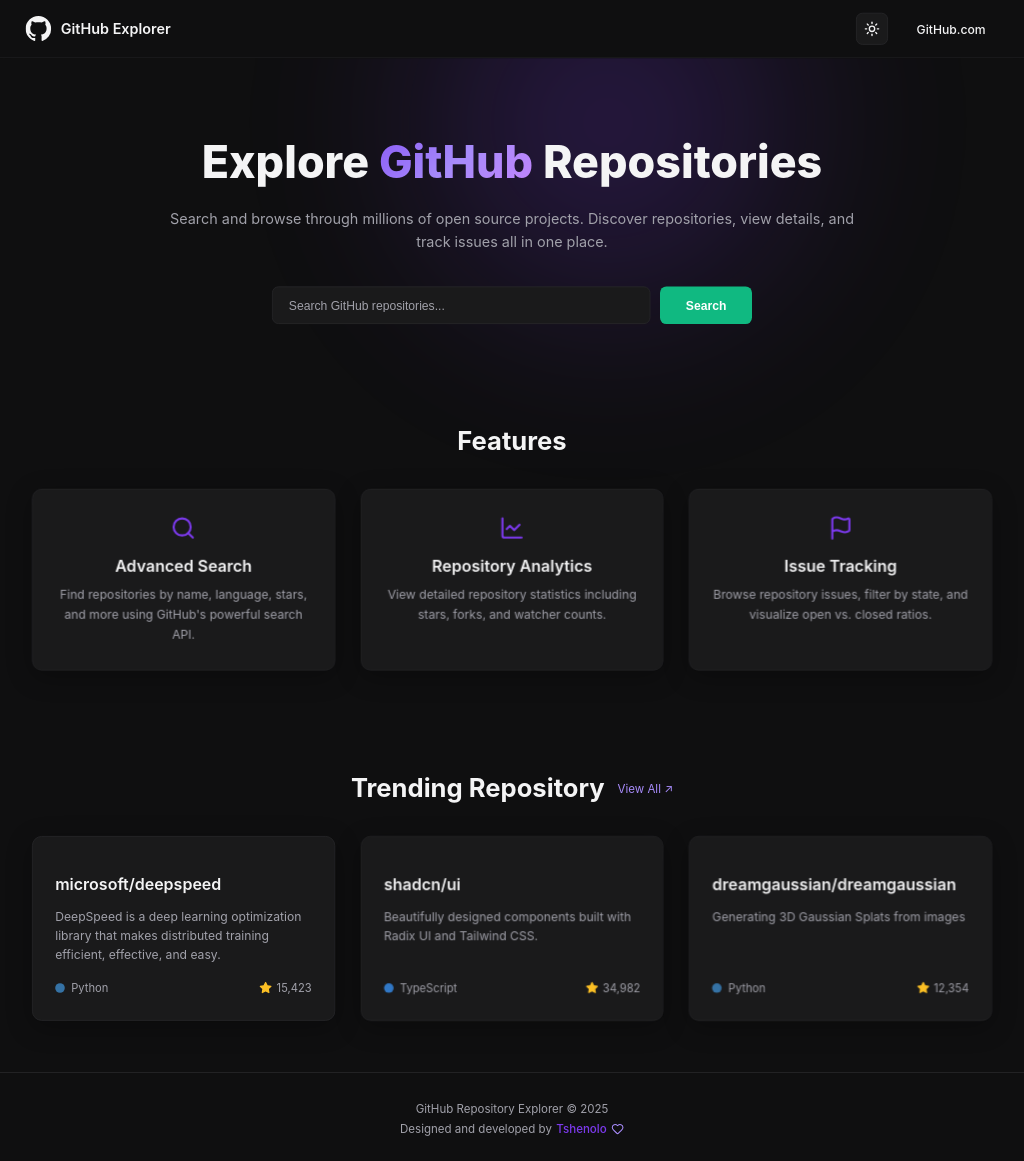
Repository: Tshenolo1994/username-repo
Page: /
The author's editor kept a copy of each file at every save. The page is drawn from the files as they stood at one save, then again after the next save.
The browser window is 1280 px wide. The pictures show the whole page, at 80% of full size.
The project was rebuilt for these pictures with package versions that can differ from the ones it lists, and the page was loaded fresh each time. Also part of the build but not shown: vite.config.ts, src/views/RepoView.vue.

Above is the page before, as saved 2025-10-27 01:17:26.

### index.html
<!doctype html>
<html lang="en">
  <head>
    <meta charset="UTF-8" />
    <link rel="icon" type="image/svg+xml" href="/vite.svg" />
    <meta name="viewport" content="width=device-width, initial-scale=1.0" />
    <title>commit-explorer</title>
  </head>
  <body>
    <div id="app"></div>
    <script type="module" src="/src/main.ts"></script>
  </body>
</html>

### src/main.ts
import { createApp } from 'vue'
import { createPinia } from 'pinia'
import App from './App.vue'
import router from './router'
import './styles/theme.css'

createApp(App)
  .use(createPinia())
  .use(router)
  .mount('#app')

### src/App.vue
<!-- App.vue or Layout.vue -->
<script setup>
import Header from '@/components/Header.vue';
import Footer from '@/components/Footer.vue';
</script>

<template>
  <div id="app">
    <Header />
    <main>
      <router-view />
    </main>
    <Footer />
  </div>
</template>

### src/router/index.ts
import { createRouter, createWebHistory } from 'vue-router'
import HomeView from '@/views/HomeView.vue'
import RepoView from '@/views/RepoView.vue'

const router = createRouter({
  history: createWebHistory(),
  routes: [
    { path: '/', name: 'home', component: HomeView },
    { path: '/repos/:username', name: 'repos', component: RepoView, props: true },
  ],
  scrollBehavior: () => ({ top: 0 }),
})

export default router

### src/styles/theme.css
:root {

    --bg: #0f0f10;
    --bg-elev: #1a1a1b;
    --text: #f4f4f5;
    --muted: #a1a1aa;
    --border: #27272a;
    --link: #7c3aed;
  }


  [data-theme="light"] {
    --bg: #f9fafb;
    --bg-elev: #ffffff;
    --text: #18181b;
    --muted: #52525b;
    --border: #e4e4e7;
    --link: #2563eb;
  }


  html, body, #app {
    margin: 0;
    padding: 0;
    background: var(--bg);
    color: var(--text);
    font-family: 'Inter', system-ui, sans-serif;
    transition: background 0.3s, color 0.3s;
  }


  h1, h2, h3 {
    line-height: 1.2;
    margin: 0;
  }
  p {
    margin: 0.25rem 0 0;
  }


  .card {
    background: var(--bg-elev);
    border: 1px solid var(--border);
    border-radius: 0.75rem;
    padding: 1rem;
    box-shadow: 0 1px 2px rgba(0,0,0,0.15);
  }

### src/components/Header.vue
<script setup lang="ts">
import { Sun, Moon } from 'lucide-vue-next';
import { useTheme } from '@/composables/useTheme';

const { isDark, toggleTheme } = useTheme();
</script>

<template>
  <header class="header">
    <div class="header-content">
      <div class="logo">
        <svg width="32" height="32" viewBox="0 0 16 16" fill="currentColor">
          <path d="M8 0C3.58 0 0 3.58 0 8c0 3.54 2.29 6.53 5.47 7.59.4.07.55-.17.55-.38 0-.19-.01-.82-.01-1.49-2.01.37-2.53-.49-2.69-.94-.09-.23-.48-.94-.82-1.13-.28-.15-.68-.52-.01-.53.63-.01 1.08.58 1.23.82.72 1.21 1.87.87 2.33.66.07-.52.28-.87.51-1.07-1.78-.2-3.64-.89-3.64-3.95 0-.87.31-1.59.82-2.15-.08-.2-.36-1.02.08-2.12 0 0 .67-.21 2.2.82.64-.18 1.32-.27 2-.27.68 0 1.36.09 2 .27 1.53-1.04 2.2-.82 2.2-.82.44 1.1.16 1.92.08 2.12.51.56.82 1.27.82 2.15 0 3.07-1.87 3.75-3.65 3.95.29.25.54.73.54 1.48 0 1.07-.01 1.93-.01 2.2 0 .21.15.46.55.38A8.013 8.013 0 0016 8c0-4.42-3.58-8-8-8z"/>
        </svg>
        <span class="logo-text">GitHub Explorer</span>
      </div>

      <nav class="nav">
        <button @click="toggleTheme" class="theme-toggle" :aria-label="isDark ? 'Switch to light mode' : 'Switch to dark mode'">
          <Sun v-if="isDark" :size="20" />
          <Moon v-else :size="20" />
        </button>
        <a href="https://github.com" target="_blank" rel="noreferrer" class="github-link">
          GitHub.com
        </a>
      </nav>
    </div>
  </header>
</template>

<style scoped>
.header {
  background: var(--bg);
  border-bottom: 1px solid var(--border);
  padding: 1rem 2rem;
  position: sticky;
  top: 0;
  z-index: 100;
  backdrop-filter: blur(8px);
  transition: background 0.3s, border-color 0.3s;
}

.header-content {
  max-width: 1400px;
  margin: 0 auto;
  display: flex;
  justify-content: space-between;
  align-items: center;
}

.logo {
  display: flex;
  align-items: center;
  gap: 0.75rem;
  color: var(--text);
  font-weight: 600;
  font-size: 1.125rem;
  cursor: pointer;
  transition: color 0.2s;
}

.logo:hover {
  color: var(--link);
}

.logo svg {
  flex-shrink: 0;
}

.logo-text {
  font-weight: 600;
}

.nav {
  display: flex;
  align-items: center;
  gap: 1.25rem;
}

.theme-toggle {
  background: var(--bg-elev);
  border: 1px solid var(--border);
  border-radius: 8px;
  width: 40px;
  height: 40px;
  display: flex;
  align-items: center;
  justify-content: center;
  cursor: pointer;
  color: var(--text);
  transition: all 0.2s;
}

.theme-toggle:hover {
  background: var(--border);
  transform: rotate(15deg);
}

.github-link {
  color: var(--text);
  text-decoration: none;
  font-size: 0.95rem;
  font-weight: 500;
  padding: 0.5rem 1rem;
  border-radius: 6px;
  transition: all 0.2s;
}

.github-link:hover {
  color: var(--link);
  background: var(--bg-elev);
}

@media (max-width: 640px) {
  .header {
    padding: 1rem;
  }

  .logo-text {
    display: none;
  }
}
</style>

### src/components/Footer.vue
<script setup lang="ts">
import { Heart } from 'lucide-vue-next';

const currentYear = new Date().getFullYear();
</script>

<template>
  <footer class="footer">
    <div class="footer-content">
      <p class="footer-text">
        GitHub Repository Explorer © {{ currentYear }}
      </p>
      <p class="footer-credits">
        Designed and developed by <a href="#" class="footer-link">Tshenolo</a>
        <Heart :size="16" class="heart-icon" />
      </p>
    </div>
  </footer>
</template>

<style scoped>
.footer {
  background: var(--bg);
  border-top: 1px solid var(--border);
  padding: 2rem;
  margin-top: auto;
  transition: background 0.3s, border-color 0.3s;
}

.footer-content {
  max-width: 1400px;
  margin: 0 auto;
  text-align: center;
}

.footer-text {
  color: var(--muted);
  font-size: 0.9rem;
  margin-bottom: 0.5rem;
}

.footer-credits {
  color: var(--muted);
  font-size: 0.9rem;
  margin: 0;
  display: flex;
  align-items: center;
  justify-content: center;
  gap: 0.35rem;
}

.heart-icon {
  color: #a78bfa;
  fill: none;
}

.footer-link {
  color: var(--link);
  text-decoration: none;
  font-weight: 500;
  transition: opacity 0.2s;
}

.footer-link:hover {
  opacity: 0.8;
}

@media (max-width: 640px) {
  .footer {
    padding: 1.5rem 1rem;
  }

  .footer-text,
  .footer-credits {
    font-size: 0.85rem;
  }
}
</style>

### src/views/HomeView.vue
<script setup lang="ts">
import { ref } from "vue";
import { useRouter } from "vue-router";
import { Search, LineChart, Flag } from "lucide-vue-next";

// features data
const features = ref([
  {
    id: 1,
    icon: Search,
    title: "Advanced Search",
    description: "Find repositories by name, language, stars, and more using GitHub's powerful search API.",
  },
  {
    id: 2,
    icon: LineChart,
    title: "Repository Analytics",
    description: "View detailed repository statistics including stars, forks, and watcher counts.",
  },
  {
    id: 3,
    icon: Flag,
    title: "Issue Tracking",
    description: "Browse repository issues, filter by state, and visualize open vs. closed ratios.",
  },
]);

// sample trending repos
const trendingRepos = ref([
  {
    id: 1,
    name: "microsoft/deepspeed",
    stars: 15423,
    description:
      "DeepSpeed is a deep learning optimization library that makes distributed training efficient, effective, and easy.",
    language: "Python",
  },
  {
    id: 2,
    name: "shadcn/ui",
    stars: 34982,
    description:
      "Beautifully designed components built with Radix UI and Tailwind CSS.",
    language: "TypeScript",
  },
  {
    id: 3,
    name: "dreamgaussian/dreamgaussian",
    stars: 12354,
    description: "Generating 3D Gaussian Splats from images",
    language: "Python",
  },
]);

const router = useRouter();
const username = ref("");

function search() {
  if (username.value.trim()) {
    router.push(`/repos/${username.value.trim()}`);
  }
}

function getLangColor(lang: string): string {
  const colors: Record<string, string> = {
    JavaScript: "#f1e05a",
    TypeScript: "#3178c6",
    Python: "#3572A5",
    Java: "#b07219",
    Go: "#00ADD8",
    Ruby: "#701516",
  };
  return colors[lang] || "#6e7681";
}
</script>

<template>
  <div class="home-page">
    <div class="gradient-ball"></div>

    <!-- Hero Section -->
    <section class="hero">
      <div class="hero-content">
        <h1 class="hero-title">
          Explore <span class="gradient-text">GitHub</span> Repositories
        </h1>
        <p class="hero-sub">
          Search and browse through millions of open source projects. Discover
          repositories, view details, and track issues all in one place.
        </p>

        <div class="search-box">
          <input
            v-model="username"
            placeholder="Search GitHub repositories..."
            class="search-input"
          />
          <button @click="search" class="search-btn">Search</button>
        </div>
      </div>
    </section>

    <!-- Features -->
    <section class="section">
      <div class="section-header">
        <h2>Features</h2>
      </div>

      <div class="grid">
        <div class="card glass">
          <Search class="icon" :size="32" />
          <h3>Advanced Search</h3>
          <p>
            Find repositories by name, language, stars, and more using GitHub's powerful search API.
          </p>
        </div>

        <div class="card glass">
          <LineChart class="icon" :size="32" />
          <h3>Repository Analytics</h3>
          <p>
            View detailed repository statistics including stars, forks, and watcher counts.
          </p>
        </div>

        <div class="card glass">
          <Flag class="icon" :size="32" />
          <h3>Issue Tracking</h3>
          <p>
            Browse repository issues, filter by state, and visualize open vs. closed ratios.
          </p>
        </div>
      </div>
    </section>

    <!-- Trending -->
    <section class="section">
      <div class="section-header">
        <h2>Trending Repository</h2>
        <a
          href="https://github.com/trending"
          target="_blank"
          rel="noreferrer"
          class="view-all"
        >
          View All ↗
        </a>
      </div>

      <div class="grid">
        <div
          v-for="repo in trendingRepos"
          :key="repo.id"
          class="card glass repo-card"
        >
          <h3 class="repo-name">{{ repo.name }}</h3>
          <p class="repo-desc">{{ repo.description }}</p>
          <div class="repo-meta">
            <div class="lang">
              <span
                class="dot"
                :style="{ backgroundColor: getLangColor(repo.language) }"
              ></span>
              <span>{{ repo.language }}</span>
            </div>
            <div class="stars">
              <svg
                class="star"
                fill="currentColor"
                viewBox="0 0 16 16"
              >
                <path
                  d="M8 .25a.75.75 0 01.673.418l1.882 3.815 4.21.612a.75.75 0 01.416 1.279l-3.046 2.97.719 4.192a.75.75 0 01-1.088.791L8 12.347l-3.766 1.98a.75.75 0 01-1.088-.79l.72-4.194L.818 6.374a.75.75 0 01.416-1.28l4.21-.611L7.327.668A.75.75 0 018 .25z"
                />
              </svg>
              {{ repo.stars.toLocaleString() }}
            </div>
          </div>
        </div>
      </div>
    </section>
  </div>
</template>

<style scoped>
.home-page {
  background: var(--bg);
  color: var(--text);
  min-height: 100vh;
  width: 100%;
  overflow-x: hidden;
  position: relative;
  transition: background 0.3s, color 0.3s;
}

.gradient-ball {
  position: absolute;
  top: -200px;
  left: 50%;
  transform: translateX(-50%);
  width: 600px;
  height: 600px;
  border-radius: 50%;
  background: radial-gradient(circle at center, var(--link) 0%, rgba(124, 58, 237, 0.6) 30%, transparent 70%);
  opacity: 0.3;
  filter: blur(100px);
  z-index: 0;
  animation: float 20s ease-in-out infinite;
  transition: background 0.3s;
}

@keyframes float {
  0%, 100% {
    transform: translate(-50%, 0) scale(1);
  }
  25% {
    transform: translate(-30%, -20px) scale(1.1);
  }
  50% {
    transform: translate(-70%, 20px) scale(0.9);
  }
  75% {
    transform: translate(-40%, -10px) scale(1.05);
  }
}

/* Hero Section */
.hero {
  padding: 6rem 2rem 4rem;
  position: relative;
  z-index: 10;
}

.hero-content {
  max-width: 900px;
  margin: 0 auto;
  text-align: center;
}

.hero-title {
  font-size: 3.5rem;
  font-weight: 800;
  margin-bottom: 1.5rem;
  line-height: 1.2;
}

.gradient-text {
  background: linear-gradient(135deg, #8b5cf6 0%, #a78bfa 50%, #c084fc 100%);
  -webkit-background-clip: text;
  -webkit-text-fill-color: transparent;
  background-clip: text;
}

.hero-sub {
  color: var(--muted);
  font-size: 1.125rem;
  margin-bottom: 2.5rem;
  line-height: 1.6;
}

.search-box {
  display: flex;
  justify-content: center;
  gap: 0.75rem;
  max-width: 600px;
  margin: 0 auto;
}

.search-input {
  padding: 0.875rem 1.25rem;
  border-radius: 8px;
  flex: 1;
  background: var(--bg-elev);
  color: var(--text);
  border: 1px solid var(--border);
  font-size: 0.95rem;
  transition: all 0.2s;
}

.search-input:focus {
  outline: none;
  border-color: var(--link);
  background: var(--bg-elev);
}

.search-input::placeholder {
  color: var(--muted);
}

.search-btn {
  background: #10b981;
  color: white;
  padding: 0.875rem 2rem;
  border-radius: 8px;
  font-weight: 600;
  cursor: pointer;
  border: none;
  font-size: 0.95rem;
  transition: all 0.2s;
}

.search-btn:hover {
  background: #059669;
  transform: translateY(-1px);
}

/* Shared Section Styling */
.section {
  padding: 4rem 2rem;
  position: relative;
  z-index: 10;
}

.section-header {
  display: flex;
  align-items: center;
  justify-content: center;
  gap: 1rem;
  margin-bottom: 2.5rem;
}

.section-header h2 {
  font-size: 2rem;
  font-weight: 700;
  color: var(--text);
}

.view-all {
  color: #a78bfa;
  font-size: 0.9rem;
  text-decoration: none;
  display: flex;
  align-items: center;
  gap: 0.25rem;
  transition: all 0.2s;
}

.view-all:hover {
  color: #c084fc;
  transform: translateX(2px);
}

/* Grid + Cards */
.grid {
  display: grid;
  grid-template-columns: repeat(3, 1fr);
  gap: 2rem;
  max-width: 1200px;
  margin: 0 auto;
}

@media (max-width: 980px) {
  .grid {
    grid-template-columns: 1fr;
  }
  .hero-title {
    font-size: 2.5rem;
  }
}

.card {
  padding: 2rem 1.75rem;
  border-radius: 12px;
  text-align: center;
  transition: all 0.3s ease;
}

.card:hover {
  transform: translateY(-6px);
}

/* Glass look */
.glass {
  background: var(--bg-elev);
  border: 1px solid var(--border);
  backdrop-filter: blur(12px);
  box-shadow: 0 8px 32px rgba(0, 0, 0, 0.3);
}

.card h3 {
  font-size: 1.25rem;
  font-weight: 600;
  margin: 1rem 0 0.75rem;
  color: var(--text);
}

.card p {
  color: var(--muted);
  font-size: 0.95rem;
  line-height: 1.6;
}

.icon {
  color: var(--link);
  margin: 0 auto;
}

/* Trending Repo cards */
.repo-card {
  text-align: left;
  display: flex;
  flex-direction: column;
}

.repo-name {
  color: var(--link);
  font-weight: 600;
  font-size: 1.1rem;
  margin: 0 0 0.75rem 0;
  transition: color 0.2s;
  min-height: 1.5rem;
}

.repo-card:hover .repo-name {
  color: var(--link);
  opacity: 0.8;
}

.repo-desc {
  color: var(--muted);
  font-size: 0.9rem;
  margin-bottom: 1.25rem;
  line-height: 1.5;
  flex: 1;
  min-height: 3rem;
}

.repo-meta {
  display: flex;
  justify-content: space-between;
  align-items: center;
  font-size: 0.875rem;
  color: var(--muted);
  margin-top: auto;
}

.lang {
  display: flex;
  align-items: center;
}

.dot {
  display: inline-block;
  width: 12px;
  height: 12px;
  border-radius: 50%;
  margin-right: 0.5rem;
}

.stars {
  display: flex;
  align-items: center;
  gap: 0.35rem;
}

.star {
  width: 16px;
  height: 16px;
  color: #fbbf24;
}
</style>

### src/composables/useTheme.ts

import { ref, onMounted, watch } from 'vue';

const isDark = ref(true);

export function useTheme() {
  const toggleTheme = () => {
    isDark.value = !isDark.value;
    updateTheme();
  };

  const updateTheme = () => {
    if (isDark.value) {
      document.documentElement.removeAttribute('data-theme');
      localStorage.setItem('theme', 'dark');
    } else {
      document.documentElement.setAttribute('data-theme', 'light');
      localStorage.setItem('theme', 'light');
    }
  };

  const initTheme = () => {
    const savedTheme = localStorage.getItem('theme');
    if (savedTheme) {
      isDark.value = savedTheme === 'dark';
    } else {
      isDark.value = true;
    }
    updateTheme();
  };

  onMounted(() => {
    initTheme();
  });

  watch(isDark, updateTheme);

  return {
    isDark,
    toggleTheme,
  };
}
// import { ref, onMounted } from 'vue'

// type Theme = 'light' | 'dark'
// const KEY = 'commit-explorer:theme'
// const theme = ref<Theme>('dark')

// function apply(t: Theme) {
//   document.documentElement.dataset.theme = t
// }

// export function useTheme() {
//   onMounted(() => {
//     const saved = (localStorage.getItem(KEY) as Theme | null)
//     if (saved === 'light' || saved === 'dark') theme.value = saved
//     else if (window.matchMedia('(prefers-color-scheme: light)').matches)
//       theme.value = 'light'
//     apply(theme.value)
//   })
//   function toggleTheme() {
//     theme.value = theme.value === 'dark' ? 'light' : 'dark'
//     localStorage.setItem(KEY, theme.value)
//     apply(theme.value)
//   }
//   return { theme, toggleTheme }
// }

After the next save:
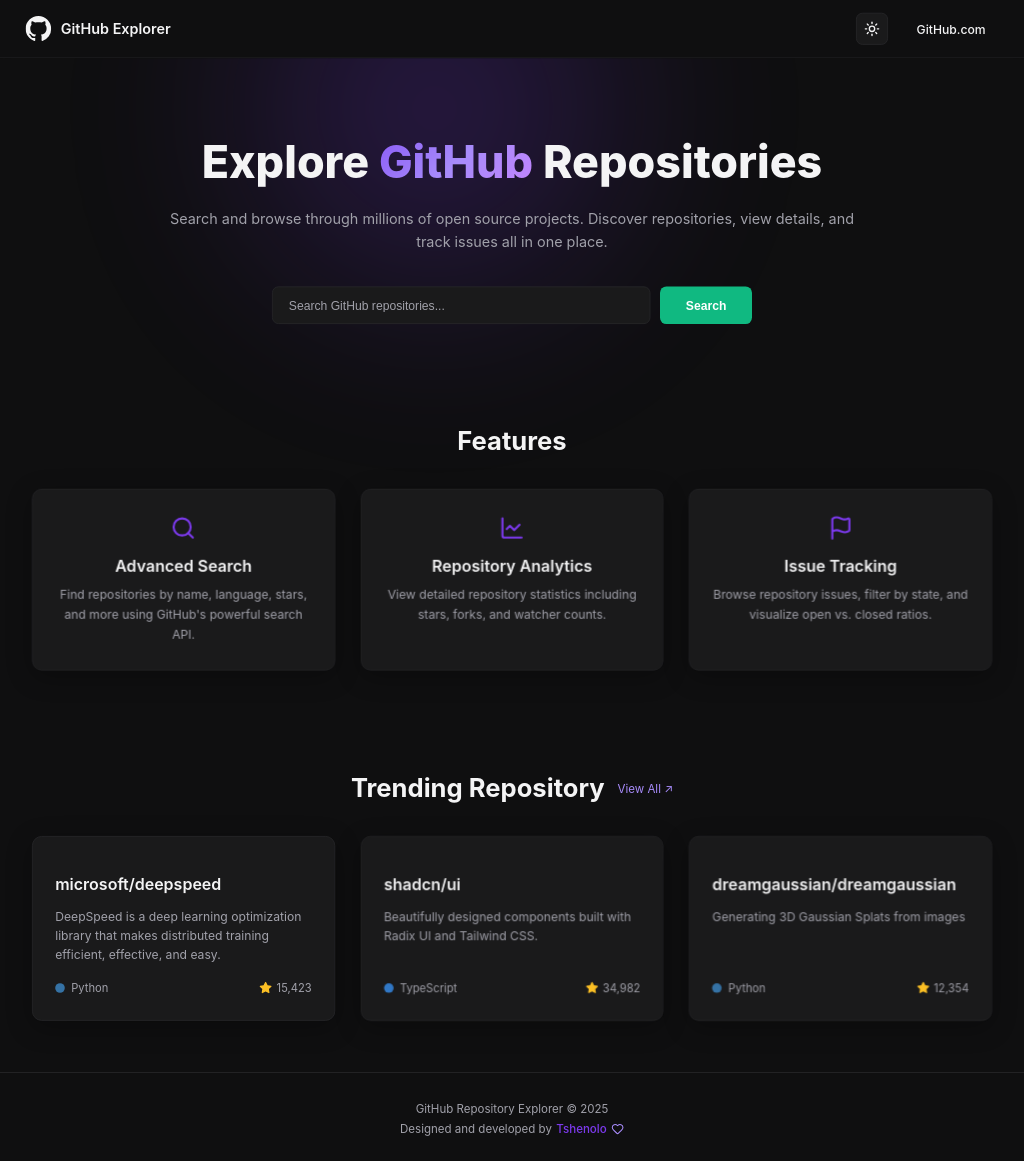
Saved 68 s later.
--- a/src/views/HomeView.vue
+++ b/src/views/HomeView.vue
@@ -107,28 +107,14 @@
       </div>
 
       <div class="grid">
-        <div class="card glass">
-          <Search class="icon" :size="32" />
-          <h3>Advanced Search</h3>
-          <p>
-            Find repositories by name, language, stars, and more using GitHub's powerful search API.
-          </p>
-        </div>
-
-        <div class="card glass">
-          <LineChart class="icon" :size="32" />
-          <h3>Repository Analytics</h3>
-          <p>
-            View detailed repository statistics including stars, forks, and watcher counts.
-          </p>
-        </div>
-
-        <div class="card glass">
-          <Flag class="icon" :size="32" />
-          <h3>Issue Tracking</h3>
-          <p>
-            Browse repository issues, filter by state, and visualize open vs. closed ratios.
-          </p>
+        <div
+          v-for="feature in features"
+          :key="feature.id"
+          class="card glass"
+        >
+          <component :is="feature.icon" class="icon" :size="32" />
+          <h3>{{ feature.title }}</h3>
+          <p>{{ feature.description }}</p>
         </div>
       </div>
     </section>
@@ -205,22 +191,25 @@
   opacity: 0.3;
   filter: blur(100px);
   z-index: 0;
-  animation: float 20s ease-in-out infinite;
+  animation: float 15s ease-in-out infinite;
   transition: background 0.3s;
 }
 
 @keyframes float {
-  0%, 100% {
+  0% {
     transform: translate(-50%, 0) scale(1);
   }
   25% {
-    transform: translate(-30%, -20px) scale(1.1);
+    transform: translate(-80%, -60px) scale(1.2);
   }
   50% {
-    transform: translate(-70%, 20px) scale(0.9);
+    transform: translate(-20%, 40px) scale(0.85);
   }
   75% {
-    transform: translate(-40%, -10px) scale(1.05);
+    transform: translate(-70%, -30px) scale(1.15);
+  }
+  100% {
+    transform: translate(-50%, 0) scale(1);
   }
 }
 
